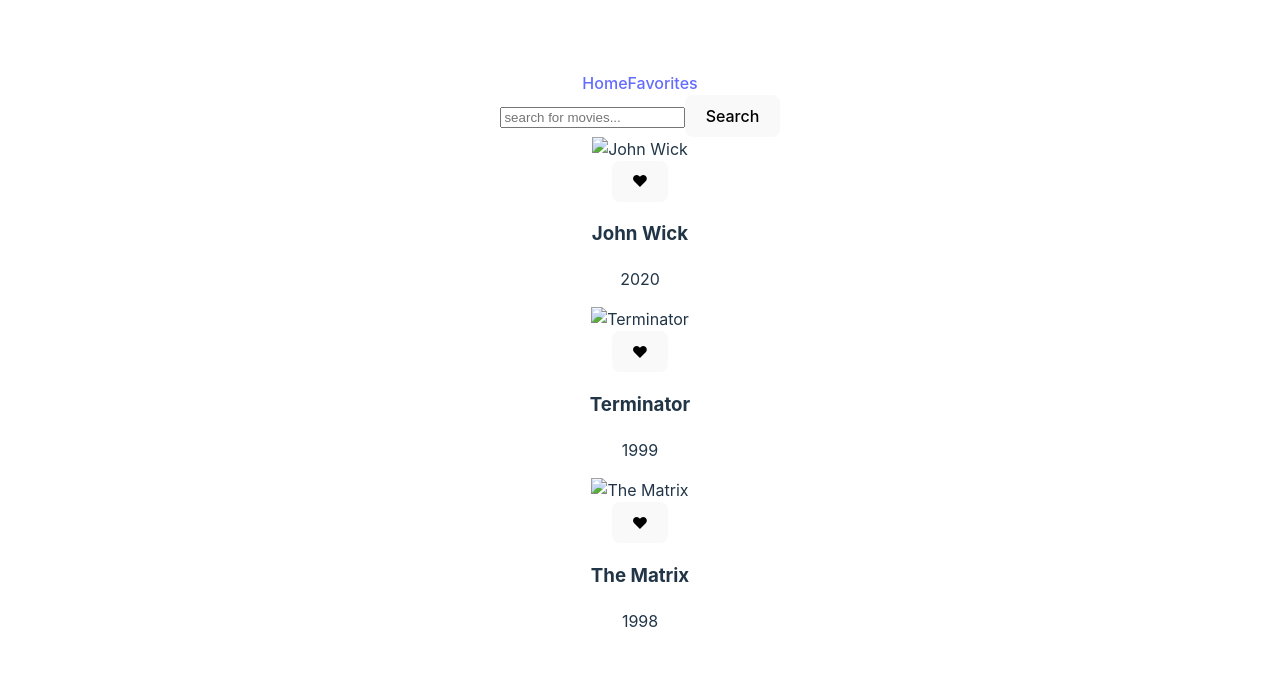
Repository: gogg23/movie-app
Page: / (app in movie app/)
These files come from the project's save history. The page is drawn as it stood at one moment and after the next save; the edit follows.
The browser window is 1280 px wide. The pictures show the whole page.
The project was rebuilt for these pictures with package versions that can differ from the ones it lists, and the page was loaded fresh each time. Also part of the build but not shown: movie app/vite.config.js, movie app/src/pages/Favorites.jsx.

Above is the page before, as saved 2025-02-22 11:20:37.

After the next save:
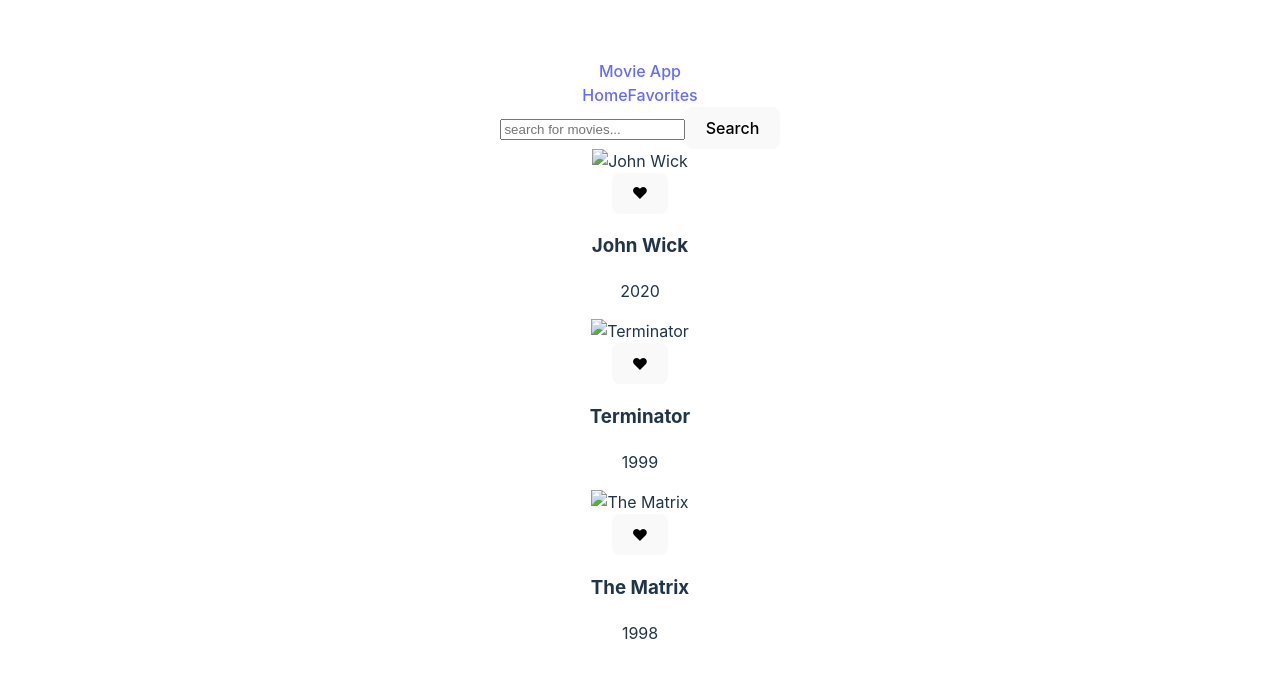
Saved 8 min 9 s later.
--- a/movie app/src/components/NavBar.jsx
+++ b/movie app/src/components/NavBar.jsx
@@ -3,7 +3,10 @@
 
 function NavBar() {
   return (
-    <nav>
+    <nav className='nav-bar'>
+      <div className='navbar-brand'>
+        <Link to='/'>Movie App</Link>
+      </div>
       <Link to='/'>Home</Link>
       <Link to='/favorites'>Favorites</Link>
     </nav>
